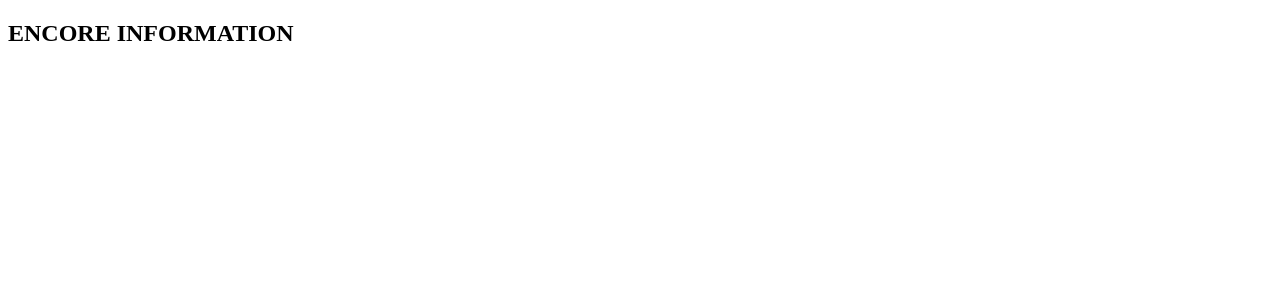
Repository: KangHoi/encore_vueWorkspace
Page: vue03_Event/WebContent/vue10_example.html
The author's editor kept a copy of each file at every save. The page is drawn from the files as they stood at one save, then again after the next save.
The browser window is 1280 px wide. The pictures show the whole page.

Above is the page before, as saved 2021-07-13 00:42:38.

### vue03_Event/WebContent/vue10_example.html
<!DOCTYPE html>
<html>
<head>
<meta charset="UTF-8">
<title>Insert title here</title>
<script src="https://cdn.jsdelivr.net/npm/vue/dist/vue.js"></script>
</head>
<body>

	<h2 font-color="blue"> ENCORE INFORMATION </h2>
<script>

</script>
</body>
</html>

After the next save:
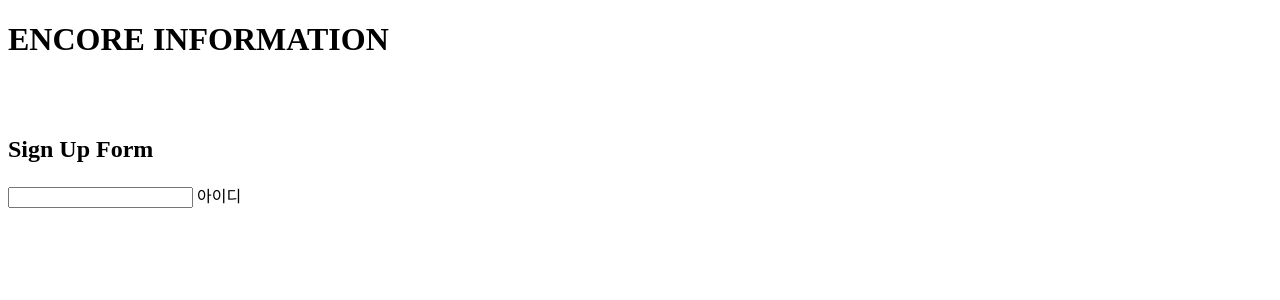
Saved 67 s later.
--- a/vue03_Event/WebContent/vue10_example.html
+++ b/vue03_Event/WebContent/vue10_example.html
@@ -7,7 +7,10 @@
 </head>
 <body>
 
-	<h2 font-color="blue"> ENCORE INFORMATION </h2>
+	<h1> ENCORE INFORMATION </h1>
+	<br><br>
+	<h2> Sign Up Form </h2>
+	<input type="text"> 아이디 </input>
 <script>
 
 </script>
